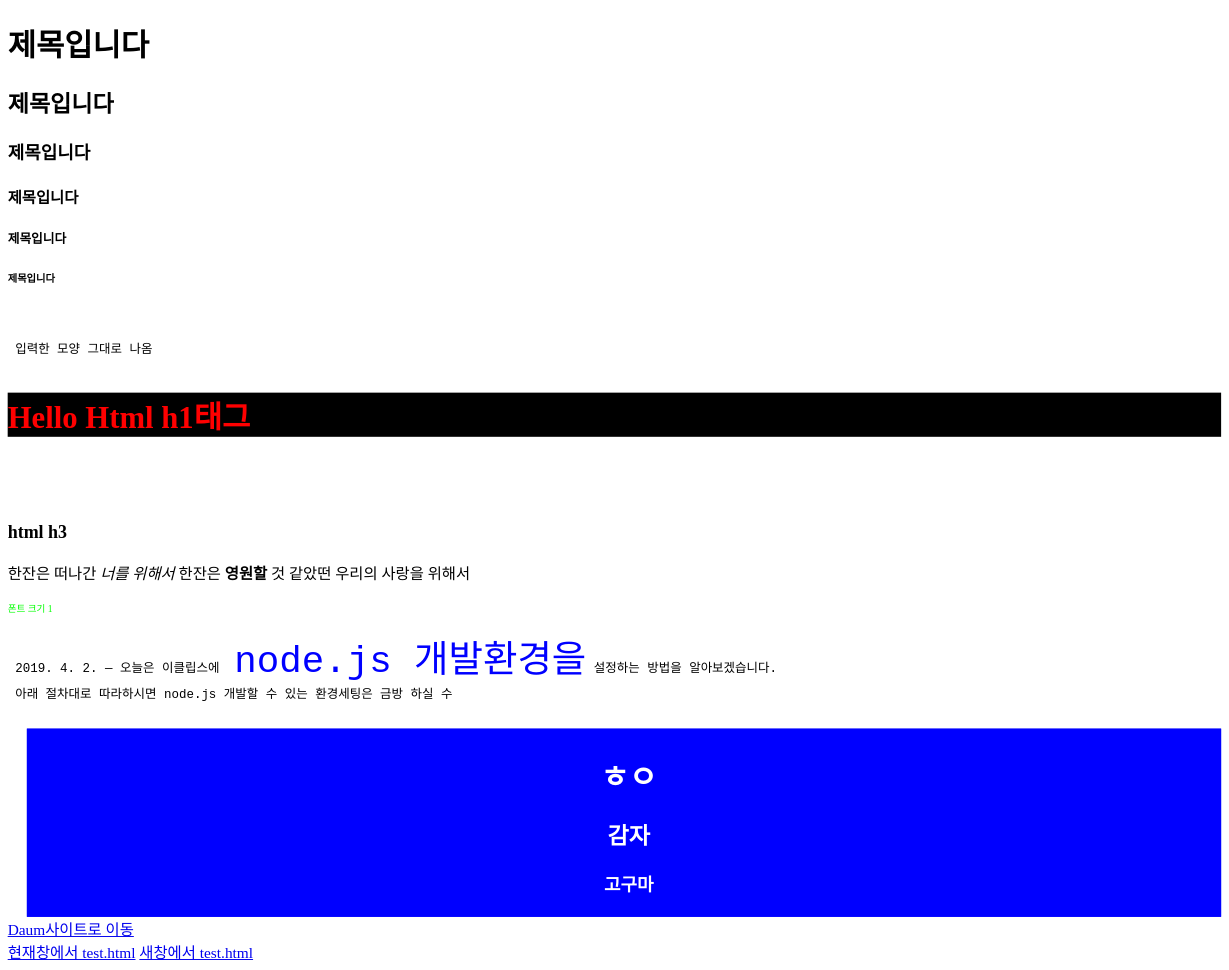
Repository: suhong99/htmlLecture
Page: sample01-1/src/main/webapp/index.html
These files come from the project's save history. The page is drawn as it stood at one moment and after the next save; the edit follows.
The browser window is 1280 px wide. The pictures show the whole page, at 96% of full size.

Above is the page before, as saved 2023-06-21 05:23:47.

### sample01-1/src/main/webapp/index.html
<!DOCTYPE html>
<html>
<head>
<meta charset="UTF-8">
<title>Insert title here</title>
</head>
<body>
<!-- 주석문 Ctrl + Shift+/ -->
<!--
	HTML -> Hyper Text Markup Language
			웹에 띄우는 언어
		Tag로 구성되어 있따
		<태그명>텍스트 </태그명>
		<태그명 속성(attribute)=값>택스트</태그명>
		<태그명 속성(attribute)="특성 : 값">택스트</태그명>
		URL -> 접속주소 Uniform Resource Locator
 -->

 <!-- heading  -->
  <h1> 제목입니다</h1>
  <h2> 제목입니다</h2>
  <h3> 제목입니다</h3>
  <h4> 제목입니다</h4>
  <h5> 제목입니다</h5>
  <h6> 제목입니다</h6>
 <!--  줄바꿈 -->
 <br>
 <pre>
 입력한 모양 그대로 나옴
 </pre>

 <!--
 	Attribute(속성)
 		<태그명 속성1명="값" 속성2명 = "값"></태그명>
 	Property(특성)
 		<xormaud thrtjd1aud="프로퍼티1:값;프로퍼티2:값"></태그명>
  -->
 <h1 style="color : red; background-color:black">Hello Html h1태그</h1>
  <h1 style="color : #ffffff; background-color:0000ff">Hello Html h1태그</h1>
 <h3 id = "" class "" name = "" className="">html h3</h3>
 <p> 한잔은 떠나간 <i>너를 위해서</i> 한잔은 <b>영원할</b> 것 같았떤 우리의 사랑을 위해서 </p>
 <font size="1" color="#00ff00">폰트 크기 1</font>

 <pre>
 2019. 4. 2. — 오늘은 이클립스에  <font size="10" color="#0000ff">node.js 개발환경을</font> 설정하는 방법을 알아보겠습니다.
 아래 절차대로 따라하시면 node.js 개발할 수 있는 환경세팅은 금방 하실 수
 </pre>

 <div align="center" style=" border :solid; border-color : #0000ff; margin-left:20px; padding-left:10px; background-color: blue;color:white;">
	<h1>ㅎㅇ</h1>
	<h2>감자</h2>
	<h3>고구마</h3>
 </div>

 <!-- anchor(=link) : 이동  -->
 <a href = "http://www.daum.net">Daum사이트로 이동</a>
 <!-- World  Wide Web -->
 <br>
 <a href="test.html" target="_self">현재창에서 test.html</a>
  <a href="test.html" target="_blank">새창에서 test.html</a>

</body>
</html>

After the next save:
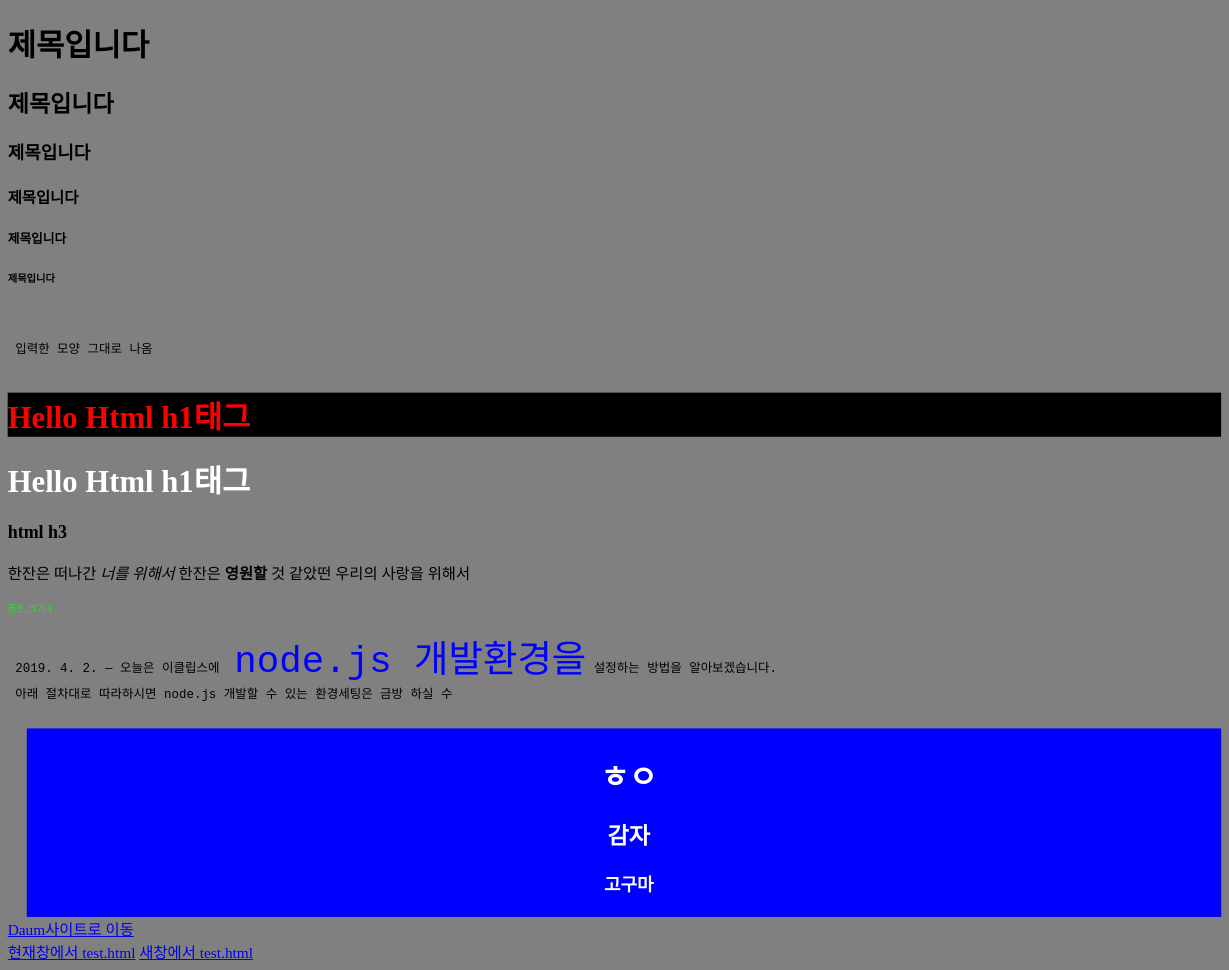
Saved 17 min 21 s later.
--- a/sample01-1/src/main/webapp/index.html
+++ b/sample01-1/src/main/webapp/index.html
@@ -4,7 +4,8 @@
 <meta charset="UTF-8">
 <title>Insert title here</title>
 </head>
-<body>
+<body bgcolor="gray">
+
 <!-- 주석문 Ctrl + Shift+/ -->
 <!--
 	HTML -> Hyper Text Markup Language
@@ -58,6 +59,16 @@
  <br>
  <a href="test.html" target="_self">현재창에서 test.html</a>
   <a href="test.html" target="_blank">새창에서 test.html</a>
+ <!--
+ 		image 종류
+ 					jpg(jpeg) 	bmp		gif	 	png 	tiff	tag
+ 		용량(적은)		1			6		2		3		4		5
+ 		압출률		1			0(안됨)
+ 		활용도		1					3		2				4
+   -->
+
+
+
 
 </body>
 </html>
